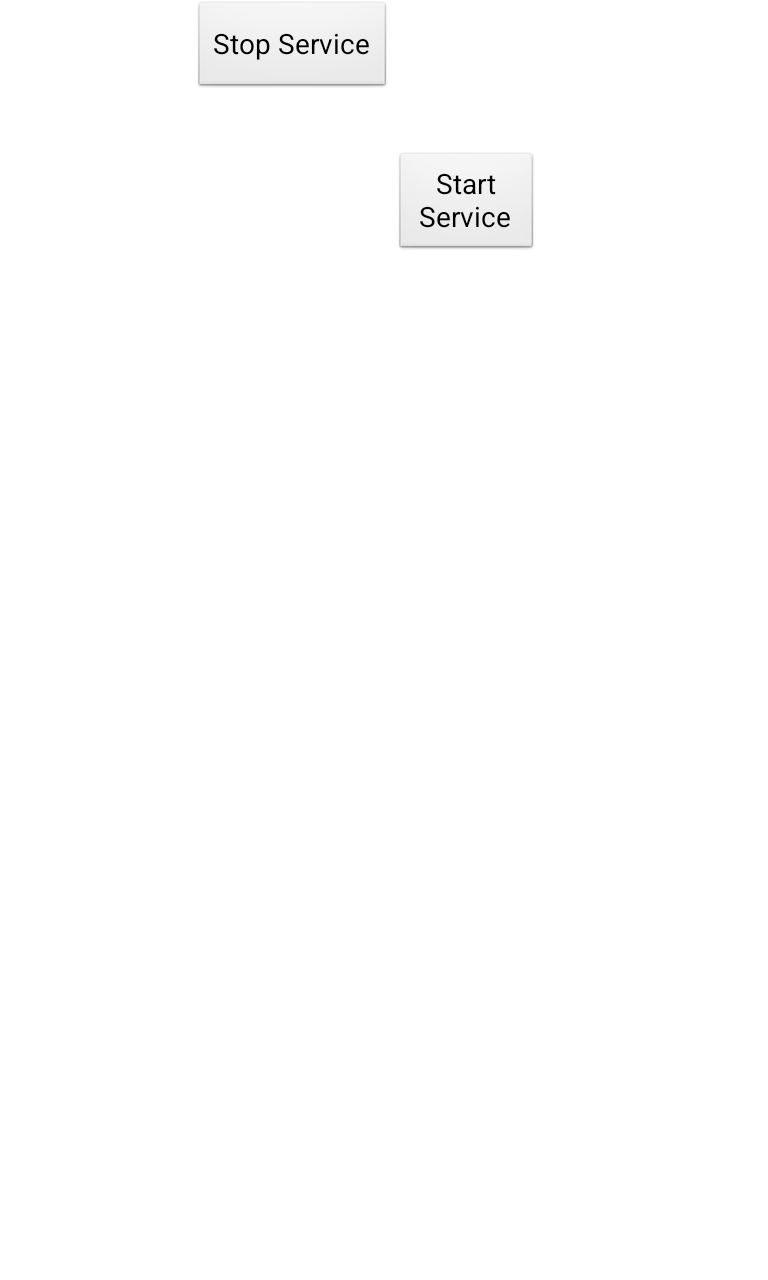
Repository: terraego/Wifidroid
Layout: server/res/layout/activity_wifi_droid_server.xml
These files come from the project's save history. The layout is drawn as it stood at one moment and after the next save; the edit follows.
It is drawn on a 768 x 1280 px phone screen (xhdpi) without system bars, with theme AppTheme; the app's code is not run.

Above is the layout before, as saved 2012-07-06 15:25:07.

After the next save:
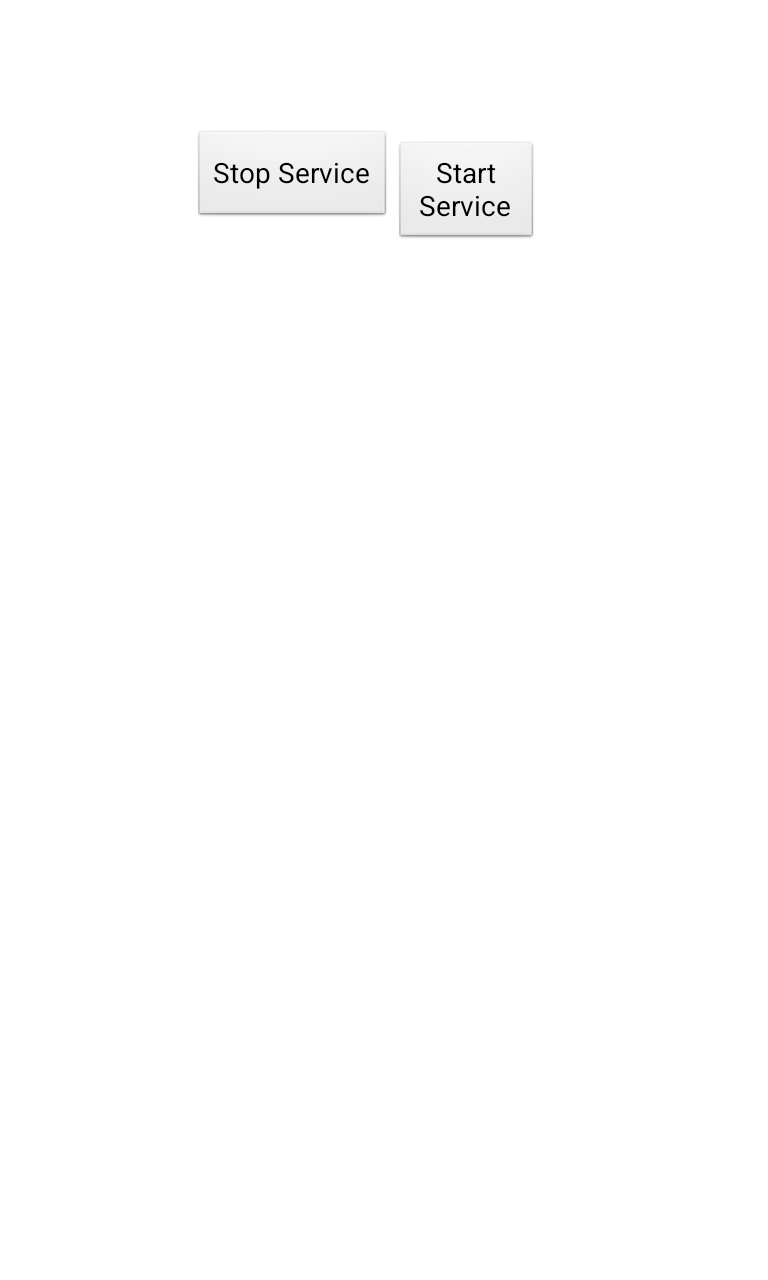
Saved 17 s later.
--- a/server/res/layout/activity_wifi_droid_server.xml
+++ b/server/res/layout/activity_wifi_droid_server.xml
@@ -1,6 +1,6 @@
-<LinearLayout xmlns:android="http://schemas.android.com/apk/res/android"
+<RelativeLayout xmlns:android="http://schemas.android.com/apk/res/android"
     xmlns:tools="http://schemas.android.com/tools"
-    android:id="@+id/LinearLayout1"
+    android:id="@+id/RelativeLayout1"
     android:layout_width="match_parent"
     android:layout_height="match_parent"
     android:orientation="horizontal" >
@@ -9,6 +9,9 @@
         android:id="@+id/stopService"
         android:layout_width="wrap_content"
         android:layout_height="wrap_content"
+        android:layout_alignBaseline="@+id/startService"
+        android:layout_alignParentLeft="true"
+        android:layout_alignParentTop="true"
         android:layout_marginLeft="96dp"
         android:text="@string/StopService" />
 
@@ -16,8 +19,10 @@
         android:id="@+id/startService"
         android:layout_width="wrap_content"
         android:layout_height="wrap_content"
+        android:layout_alignParentTop="true"
         android:layout_marginRight="114dp"
         android:layout_marginTop="70dp"
+        android:layout_toRightOf="@+id/stopService"
         android:text="@string/StartService" />
 
-</LinearLayout>
+</RelativeLayout>
